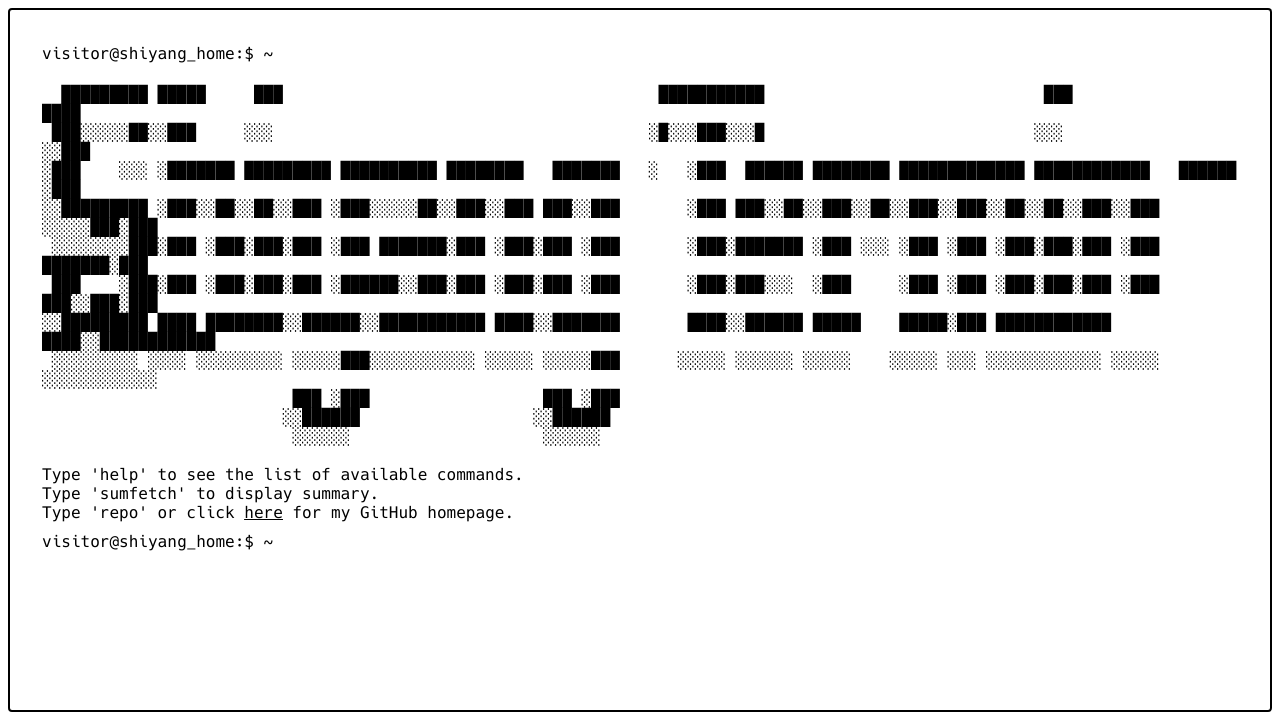
Repository: ShiyangLai/shiyanglai.github.io
Page: /
These files come from the project's save history. The page is drawn as it stood at one moment and after the next save; the edit follows.
The browser window is 1280 px wide. The pictures show the whole page.
The project was rebuilt for these pictures with package versions that can differ from the ones it lists, and the page was loaded fresh each time. The framework's server and built-in components were replaced by stand-ins that run in the browser. Also part of the build but not shown: next.config.js, src/utils/bin/commands.ts, src/utils/api.ts, src/utils/bin/api_commands.ts, src/utils/bin/sumfetch.ts.

Above is the page before, as saved 2024-04-15 15:31:45.

After the next save:
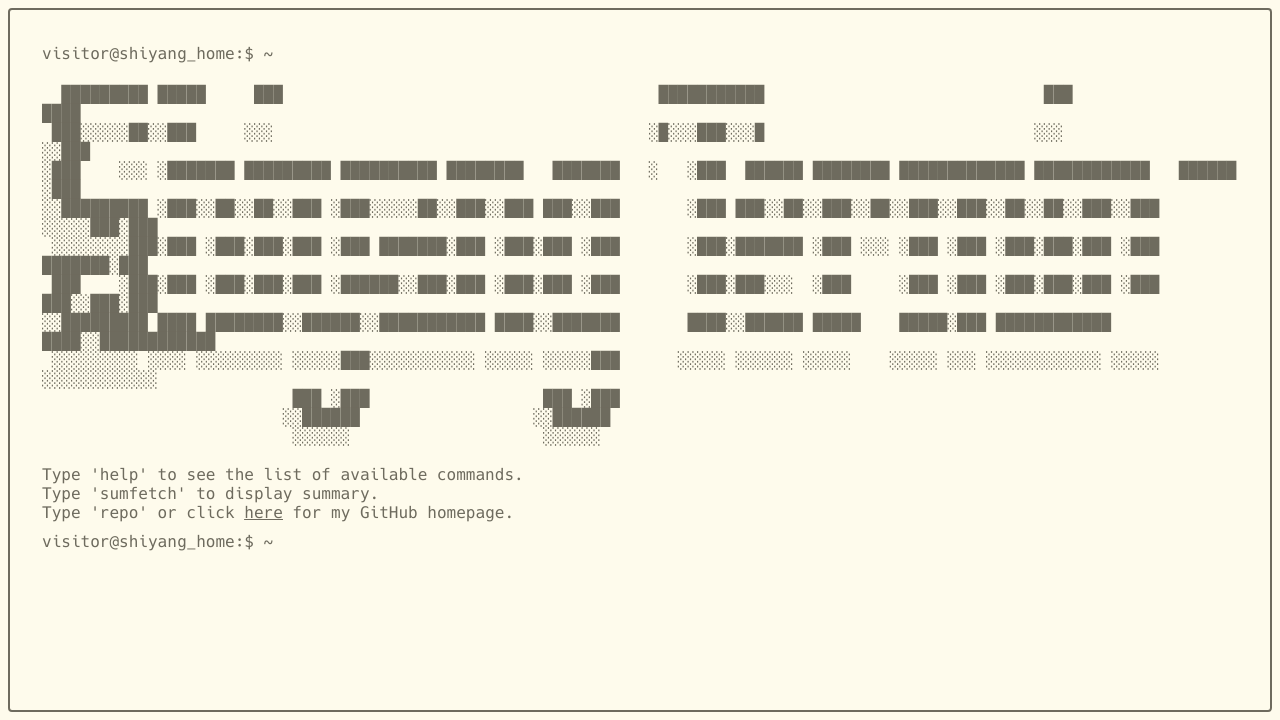
Saved 25 s later.
--- a/config.json
+++ b/config.json
@@ -38,8 +38,8 @@
       "terminal.ansiYellow":"#AE9513"
     },
     "light": {
-      "terminal.background":"#FEFBEC",
-      "terminal.foreground":"#6E6B5E",
+      "background":"#FEFBEC",
+      "foreground":"#6E6B5E",
       "terminalCursor.background":"#6E6B5E",
       "terminalCursor.foreground":"#6E6B5E",
       "terminal.ansiBlack":"#FEFBEC",
